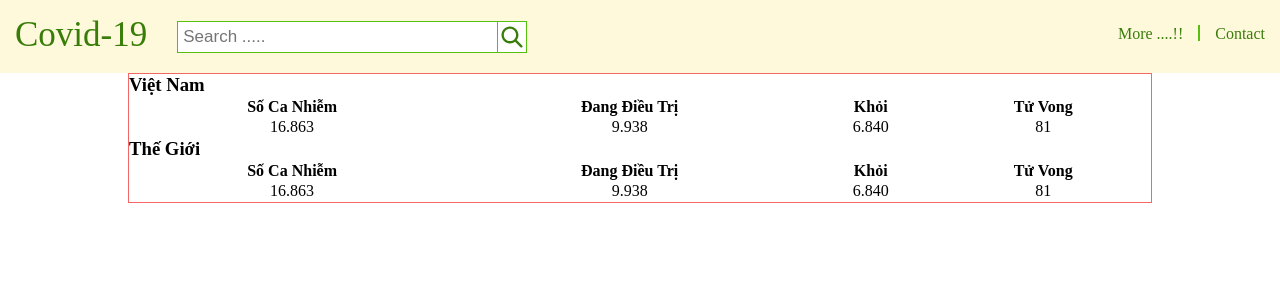
Repository: thuongton98/Covid
Page: html-css-js/index.html
The author's editor kept a copy of each file at every save. The page is drawn from the files as they stood at one save, then again after the next save.
The browser window is 1280 px wide. The pictures show the whole page.

Above is the page before, as saved 2021-07-01 09:46:52.

### html-css-js/index.html
<!DOCTYPE html>
<html lang="en">
<head>
    <meta charset="UTF-8">
    <meta http-equiv="X-UA-Compatible" content="IE=edge">
    <meta name="viewport" content="width=device-width, initial-scale=1.0">

    <link rel="stylesheet" href="./styles.css">
    <title>Covid-19</title>
</head>
<body>
    <nav>
        <div class="icon">
            <div class="icon-i">Covid-19</div>
            <div class="icon-search">
                <input type="text" placeholder="Search .....">
                <svg fill="#000000" xmlns="http://www.w3.org/2000/svg"  viewBox="0 0 48 48" width="48px" height="48px"><path d="M 20.5 6 C 12.515556 6 6 12.515562 6 20.5 C 6 28.484438 12.515556 35 20.5 35 C 23.773158 35 26.788919 33.893018 29.220703 32.050781 L 38.585938 41.414062 A 2.0002 2.0002 0 1 0 41.414062 38.585938 L 32.050781 29.220703 C 33.893017 26.788918 35 23.773156 35 20.5 C 35 12.515562 28.484444 6 20.5 6 z M 20.5 10 C 26.322685 10 31 14.677319 31 20.5 C 31 23.295711 29.914065 25.820601 28.148438 27.697266 A 2.0002 2.0002 0 0 0 27.701172 28.144531 C 25.824103 29.912403 23.29771 31 20.5 31 C 14.677315 31 10 26.322681 10 20.5 C 10 14.677319 14.677315 10 20.5 10 z"/></svg>
            </div>

        </div>
        <ul class="nav-i">
            <li>More ....!!</li>
            <li>Contact</li>
        </ul>
    </nav>
    <section class="case">
        <div>
            <h3>Việt Nam</h3>
            <table>

                <tr>
                    <th>Số Ca Nhiễm</th>
                    <th>Đang Điều Trị</th>
                    <th>Khỏi</th>
                    <th>Tử Vong</th>
                </tr>
                <tr>
                    <td>16.863</td>
                    <td>9.938</td>
                    <td>6.840</td>
                    <td>81</td>
                </tr>

            </table>
            <th></th>
            <h3>Thế Giới</h3>
            <table>
                <tr>
                    <th>Số Ca Nhiễm</th>
                    <th>Đang Điều Trị</th>
                    <th>Khỏi</th>
                    <th>Tử Vong</th>
                </tr>
                <tr>
                    <td>16.863</td>
                    <td>9.938</td>
                    <td>6.840</td>
                    <td>81</td>
                </tr>
            </table>
            </table>
        </div>
    </section>
</body>
</html>

### html-css-js/styles.css

*{
    padding: 0;
    margin: 0;
    box-sizing: border-box;
}



nav{
    background-color: #fff9db;
    display: flex;
    justify-content: space-between;
    padding:15px
}


nav .icon{
    display: flex;
}

nav .nav-i{
    display: flex;
}

nav .nav-i li{
    list-style: none;
    padding-right: 15px;
    padding-top:10px;
    color:#397d09;
    cursor: pointer;

}

nav .nav-i li:hover{
    color:#57bf0d;
}

nav .nav-i li:last-child{
    padding-right:0;
}

nav .nav-i li:after{
    content: '';
    border: 1px solid #57bf0d;
    margin-left:15px;
    font-size: 12px;
    position: relative;
    top:-2px;
}

nav .nav-i li:last-child::after{
    display: none;
}

nav .icon .icon-i{
    font-size: 35px;
    color: #397d09;
    cursor: pointer;
}

nav .icon .icon-search{
    margin-left:30px;
    position: relative;
   top:-5px;
}


nav .icon .icon-search input{
   padding: 5px;
   width: 350px;
   outline: none;
   border: none;
   font-size: 17px;
   border:1px solid #57bf0d;


}

nav .icon .icon-search svg{
    fill: #397d09;
    cursor: pointer;
    width: 30px;
    height: 32px;
    position: relative;
    border: 1px solid #57bf0d;
    position: relative;
    left: -34px;
    top:11px;
}

nav .icon .icon-search svg:hover{

    fill:#57bf0d
}

.case{
    padding-left: 10%;
    padding-right: 10%;
}

.case div{
    border: 1px solid #f56767;

}

.case div table{

    width: 100%;
}

.case div table td{
    text-align: center;
}

After the next save:
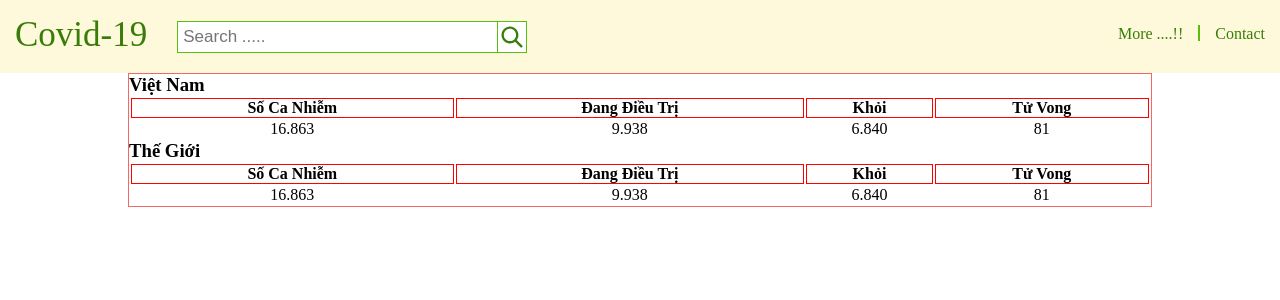
Saved 12 s later.
--- a/html-css-js/styles.css
+++ b/html-css-js/styles.css
@@ -103,7 +103,9 @@ nav .icon .icon-search svg:hover{
     border: 1px solid #f56767;
 
 }
-
+.case th{
+    border: 1px solid red;
+}
 .case div table{
 
     width: 100%;
